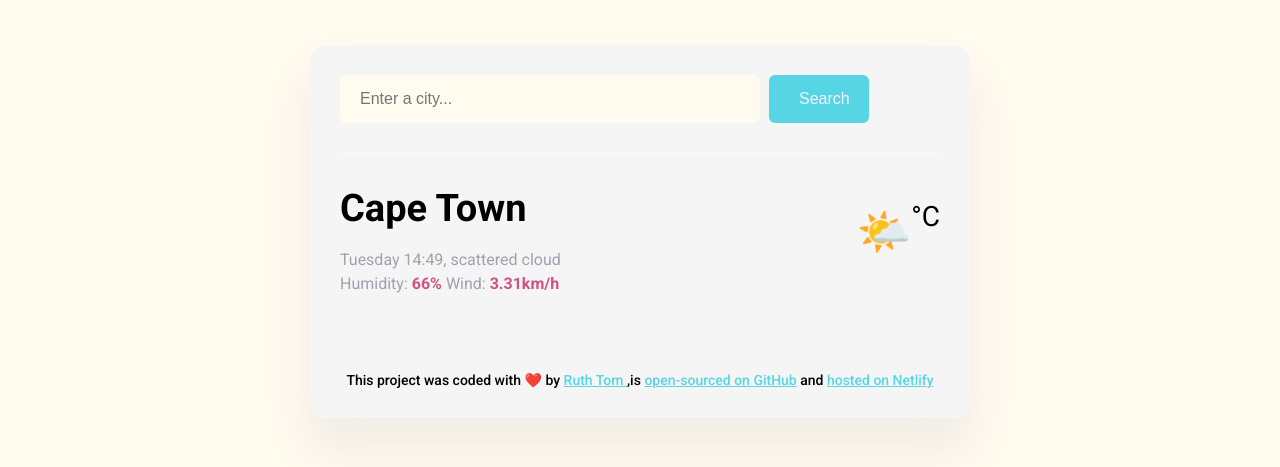
Repository: RuthTom711/Weatherly-App
Page: index.html
These files come from the project's save history. The page is drawn as it stood at one moment and after the next save; the edit follows.
The browser window is 1280 px wide. The pictures show the whole page.
Some web libraries are served in a nearby version.

Above is the page before, as saved 2025-11-12 18:34:39.

After the next save:
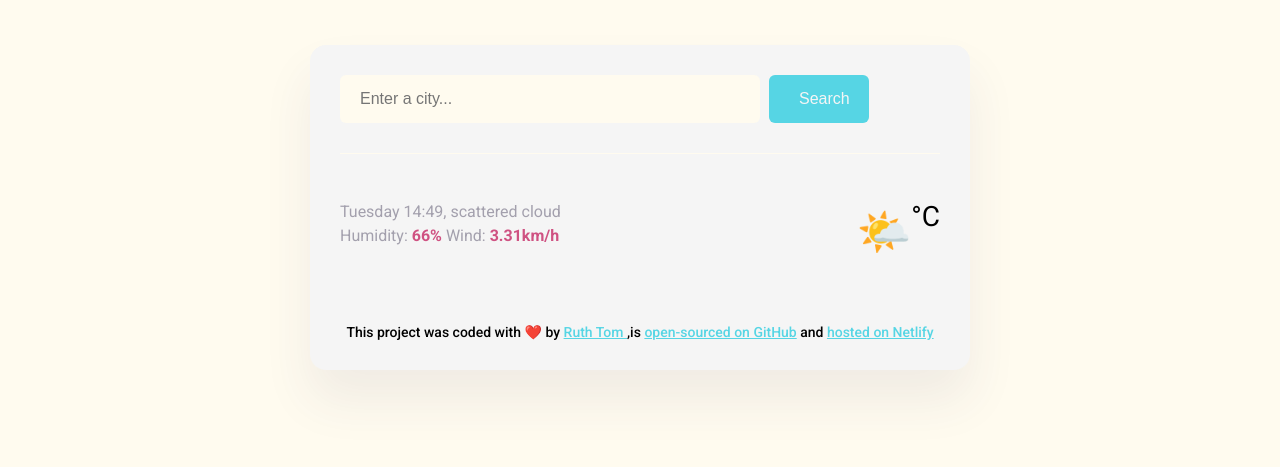
Saved 11 s later.
--- a/index.html
+++ b/index.html
@@ -31,7 +31,7 @@
       <main>
         <div class="weather-app-data">
           <div>
-            <h1 class="weather-app-city" id="city">Cape Town</h1>
+            <h1 class="weather-app-city" id="city"></h1>
             <p class="weather-app-details">
               Tuesday 14:49, scattered cloud
               <br />
